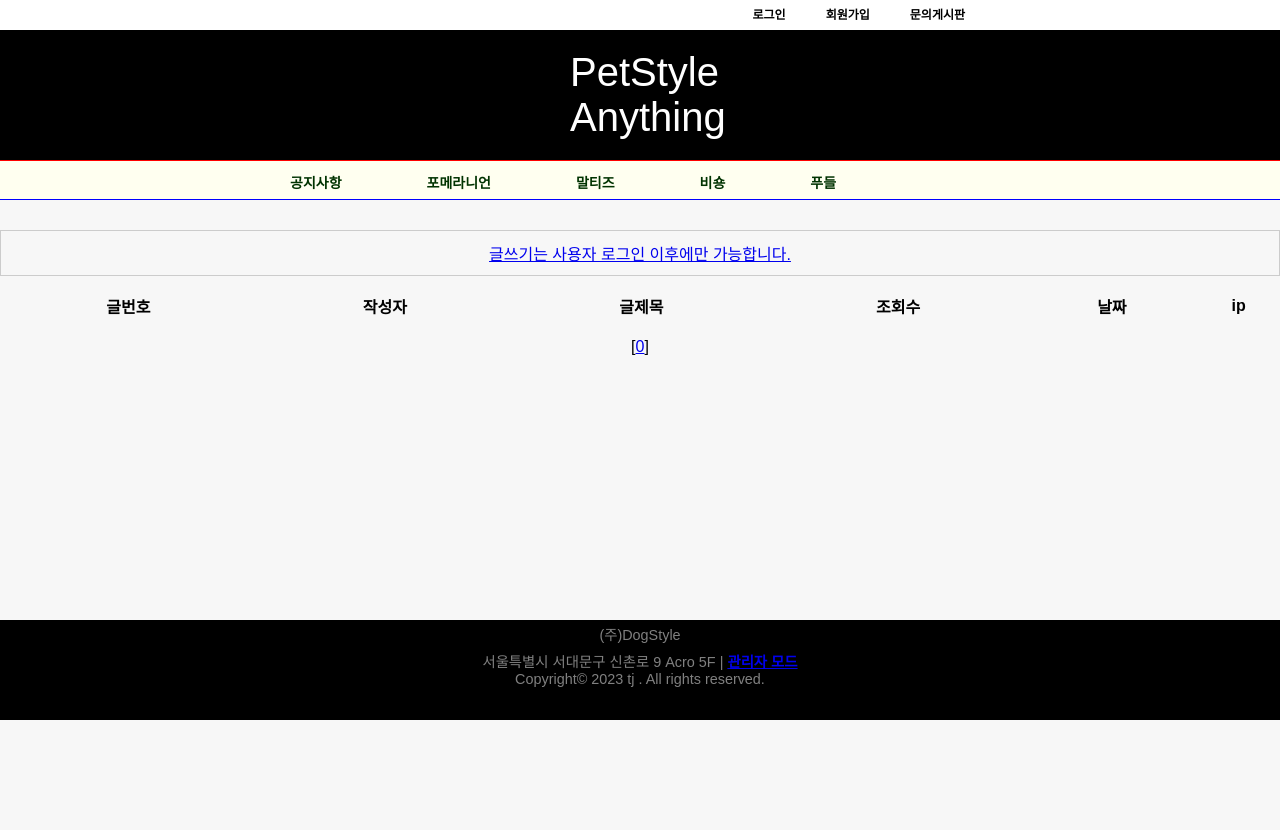
Repository: kdkk2000/Project
Page: http://localhost/petstyle/board/boardList.jsp
The author's editor kept a copy of each file at every save. The page is drawn from the files as they stood at one save, then again after the next save.
The browser window is 1280 px wide. The pictures show the whole page.
The page is served by Tomcat 9. The template is opened directly, without the code that normally fills it, so the values that code supplies are empty.

Above is the page before, as saved 2023-03-28 01:35:01.

After the next save:
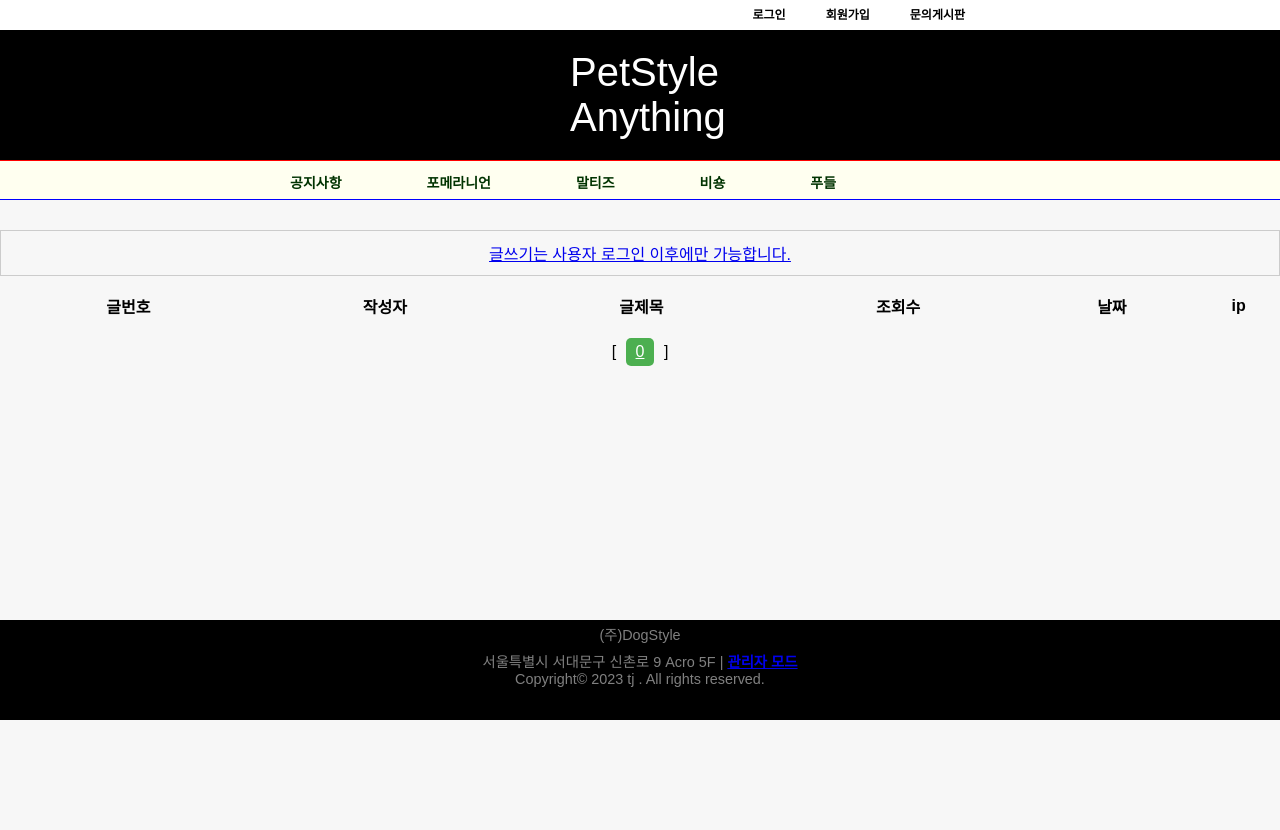
Saved 89 s later.
--- a/petstyle/WebContent/css/boardStyle.css
+++ b/petstyle/WebContent/css/boardStyle.css
@@ -67,8 +67,25 @@
   	cursor: pointer;
 }
 .paging {
-	display: flex;
-	justify-content: center;
-	align-items: center;
-	margin: 20px 0;
+    text-align: center;
+    margin-top: 20px;
 }
+.paging a {
+    display: inline-block;
+    margin: 0 5px;
+    padding: 5px 10px;
+    background-color: #4CAF50;
+    color: #fff;
+    border-radius: 5px;
+}
+.paging a:hover {
+    background-color: #3e8e41;
+}
+.paging b {
+    display: inline-block;
+    margin: 0 5px;
+    padding: 5px 10px;
+    background-color: #eee;
+    color: #444;
+    border-radius: 5px;
+}

After the save that followed:
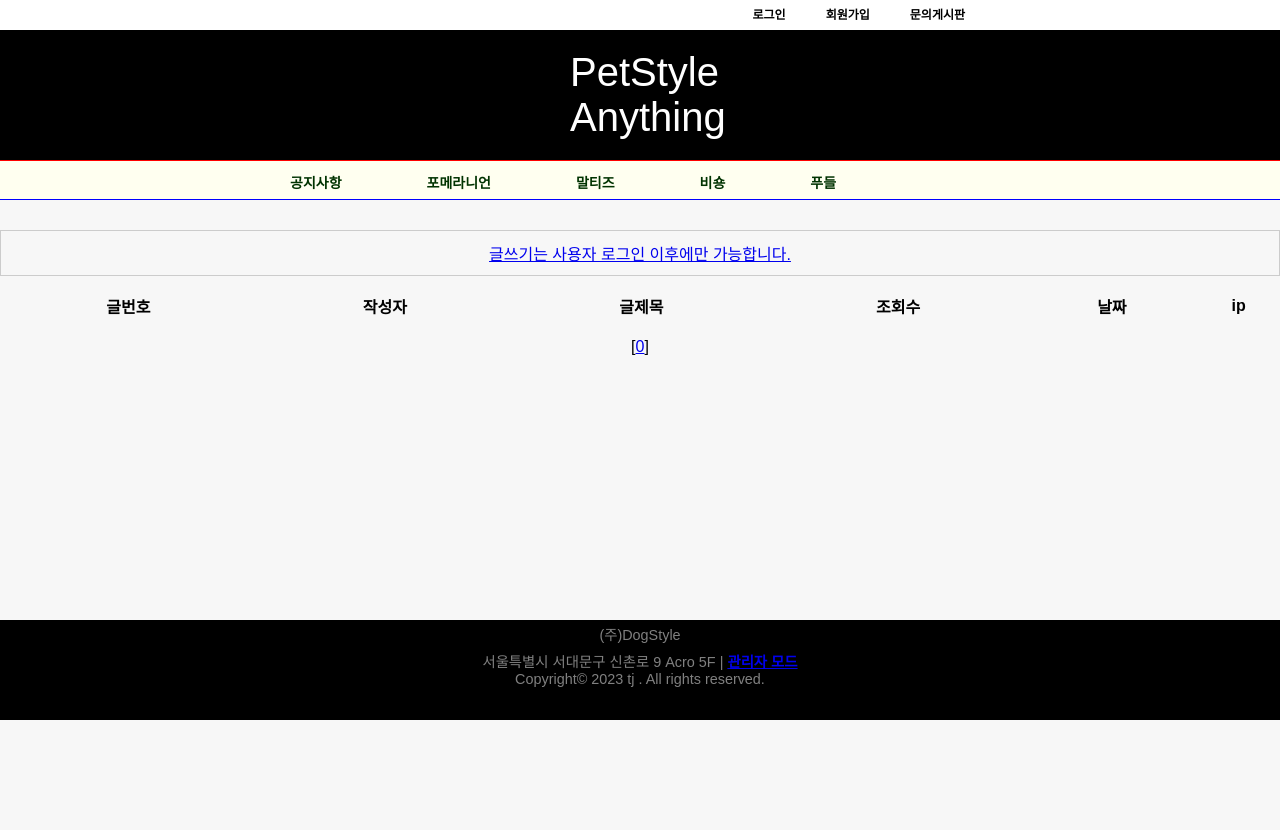
Saved 19 s later.
--- a/petstyle/WebContent/css/boardStyle.css
+++ b/petstyle/WebContent/css/boardStyle.css
@@ -67,25 +67,8 @@
   	cursor: pointer;
 }
 .paging {
-    text-align: center;
-    margin-top: 20px;
+	display: flex;
+	justify-content: center;
+	align-items: center;
+	margin: 20px 0;
 }
-.paging a {
-    display: inline-block;
-    margin: 0 5px;
-    padding: 5px 10px;
-    background-color: #4CAF50;
-    color: #fff;
-    border-radius: 5px;
-}
-.paging a:hover {
-    background-color: #3e8e41;
-}
-.paging b {
-    display: inline-block;
-    margin: 0 5px;
-    padding: 5px 10px;
-    background-color: #eee;
-    color: #444;
-    border-radius: 5px;
-}
